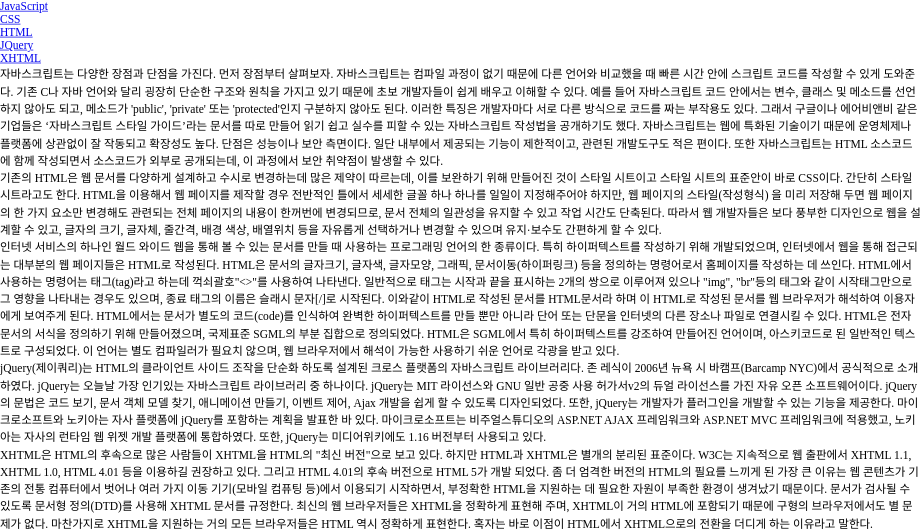
Repository: RYE415/4.jsp
Page: JQueryTest/src/main/webapp/4.effect/03.TabMenu.html
These files come from the project's save history. The page is drawn as it stood at one moment and after the next save; the edit follows.
The browser window is 1280 px wide. The pictures show the whole page, at 72% of full size.

Above is the page before, as saved 2022-08-04 00:31:48.

### JQueryTest/src/main/webapp/4.effect/03.TabMenu.html
<!DOCTYPE html>
<html>
<head>
<meta charset="UTF-8">
<script type="text/javascript" src="http://code.jquery.com/jquery-3.3.1.min.js">
</script>
<title>03.TabMenu.html</title>
<style>
   * { /*모든 태그는 좌측 상단을 기준*/
   	 margin:0; /*바깥여백*/
   	 padding:0; /*안쪽여백*/
   }


</style>
<script>
  $(function(){
  })
</script>
</head>
<body>
	<div id="container">
		<ul class="tab"><!-- 탭 제목만 따로 설정,링크 걸 때 # 키워드를 찾아갈 수 있도록 설계 -->
			<li><a href="#tab1">JavaScript<a></li>
			<li><a href="#tab2">CSS<a></li>
			<li><a href="#tab3">HTML<a></li>
			<li><a href="#tab4">JQuery<a></li>
			<li><a href="#tab5">XHTML<a></li>
		</ul>
		<ul class="panel"><!-- 선택된 탭에 따라서 내용이 나오는 방법 -->
			<li id="tab1"><!-- 자바스크립트 -->
				자바스크립트는 다양한 장점과 단점을 가진다. 먼저 장점부터 살펴보자.
				자바스크립트는 컴파일 과정이 없기 때문에 다른 언어와 비교했을 때 빠른 시간 안에 스크립트 코드를 작성할 수 있게
				도와준다. 기존 C나 자바 언어와 달리 굉장히 단순한 구조와 원칙을 가지고 있기 때문에 초보 개발자들이 쉽게 배우고 이해할
				수 있다. 예를 들어 자바스크립트 코드 안에서는 변수, 클래스 및 메소드를 선언하지 않아도 되고, 메소드가
				'public', 'private' 또는 'protected'인지 구분하지 않아도 된다. 이러한 특징은 개발자마다 서로
				다른 방식으로 코드를 짜는 부작용도 있다. 그래서 구글이나 에어비앤비 같은 기업들은 ‘자바스크립트 스타일 가이드’라는
				문서를 따로 만들어 읽기 쉽고 실수를 피할 수 있는 자바스크립트 작성법을 공개하기도 했다. 자바스크립트는 웹에 특화된
				기술이기 때문에 운영체제나 플랫폼에 상관없이 잘 작동되고 확장성도 높다. 단점은 성능이나 보안 측면이다. 일단 내부에서
				제공되는 기능이 제한적이고, 관련된 개발도구도 적은 편이다. 또한 자바스크립트는 HTML 소스코드에 함께 작성되면서
				소스코드가 외부로 공개되는데, 이 과정에서 보안 취약점이 발생할 수 있다.
			</li>
			<li id="tab2"><!-- CSS -->
				기존의 HTML은 웹 문서를 다양하게 설계하고 수시로 변경하는데 많은 제약이
				따르는데, 이를 보완하기 위해 만들어진 것이 스타일 시트이고 스타일 시트의 표준안이 바로 CSS이다. 간단히 스타일
				시트라고도 한다. HTML을 이용해서 웹 페이지를 제작할 경우 전반적인 틀에서 세세한 글꼴 하나 하나를 일일이 지정해주어야
				하지만, 웹 페이지의 스타일(작성형식) 을 미리 저장해 두면 웹 페이지의 한 가지 요소만 변경해도 관련되는 전체 페이지의
				내용이 한꺼번에 변경되므로, 문서 전체의 일관성을 유지할 수 있고 작업 시간도 단축된다. 따라서 웹 개발자들은 보다 풍부한
				디자인으로 웹을 설계할 수 있고, 글자의 크기, 글자체, 줄간격, 배경 색상, 배열위치 등을 자유롭게 선택하거나 변경할 수
				있으며 유지·보수도 간편하게 할 수 있다.
			</li>
			<li id="tab3"><!-- HTML -->
				인터넷 서비스의 하나인 월드 와이드 웹을 통해 볼 수 있는 문서를 만들 때
				사용하는 프로그래밍 언어의 한 종류이다. 특히 하이퍼텍스트를 작성하기 위해 개발되었으며, 인터넷에서 웹을 통해 접근되는
				대부분의 웹 페이지들은 HTML로 작성된다. HTML은 문서의 글자크기, 글자색, 글자모양, 그래픽, 문서이동(하이퍼링크)
				등을 정의하는 명령어로서 홈페이지를 작성하는 데 쓰인다. HTML에서 사용하는 명령어는 태그(tag)라고 하는데
				꺽쇠괄호"<>"를 사용하여 나타낸다. 일반적으로 태그는 시작과 끝을 표시하는 2개의 쌍으로 이루어져 있으나 "img",
				"br"등의 태그와 같이 시작태그만으로 그 영향을 나타내는 경우도 있으며, 종료 태그의 이름은 슬래시 문자[/]로
				시작된다. 이와같이 HTML로 작성된 문서를 HTML문서라 하며 이 HTML로 작성된 문서를 웹 브라우저가 해석하여
				이용자에게 보여주게 된다. HTML에서는 문서가 별도의 코드(code)를 인식하여 완벽한 하이퍼텍스트를 만들 뿐만 아니라
				단어 또는 단문을 인터넷의 다른 장소나 파일로 연결시킬 수 있다. HTML은 전자 문서의 서식을 정의하기 위해
				만들어졌으며, 국제표준 SGML의 부분 집합으로 정의되었다. HTML은 SGML에서 특히 하이퍼텍스트를 강조하여 만들어진
				언어이며, 아스키코드로 된 일반적인 텍스트로 구성되었다. 이 언어는 별도 컴파일러가 필요치 않으며, 웹 브라우저에서 해석이
				가능한 사용하기 쉬운 언어로 각광을 받고 있다.
			</li>
			<li id="tab4"><!-- jQuery -->
				jQuery(제이쿼리)는 HTML의 클라이언트 사이드 조작을 단순화
				하도록 설계된 크로스 플랫폼의 자바스크립트 라이브러리다. 존 레식이 2006년 뉴욕 시 바캠프(Barcamp NYC)에서
				공식적으로 소개하였다. jQuery는 오늘날 가장 인기있는 자바스크립트 라이브러리 중 하나이다. jQuery는 MIT
				라이선스와 GNU 일반 공중 사용 허가서v2의 듀얼 라이선스를 가진 자유 오픈 소프트웨어이다. jQuery의 문법은 코드
				보기, 문서 객체 모델 찾기, 애니메이션 만들기, 이벤트 제어, Ajax 개발을 쉽게 할 수 있도록 디자인되었다. 또한,
				jQuery는 개발자가 플러그인을 개발할 수 있는 기능을 제공한다. 마이크로소프트와 노키아는 자사 플랫폼에 jQuery를
				포함하는 계획을 발표한 바 있다. 마이크로소프트는 비주얼스튜디오의 ASP.NET AJAX 프레임워크와 ASP.NET MVC
				프레임워크에 적용했고, 노키아는 자사의 런타임 웹 위젯 개발 플랫폼에 통합하였다. 또한, jQuery는 미디어위키에도
				1.16 버전부터 사용되고 있다.
			</li>
			<li id="tab5"><!-- XHTML -->
				XHTML은 HTML의 후속으로 많은 사람들이 XHTML을 HTML의
				"최신 버전"으로 보고 있다. 하지만 HTML과 XHTML은 별개의 분리된 표준이다. W3C는 지속적으로 웹 출판에서
				XHTML 1.1, XHTML 1.0, HTML 4.01 등을 이용하길 권장하고 있다. 그리고 HTML 4.01의 후속
				버전으로 HTML 5가 개발 되었다. 좀 더 엄격한 버전의 HTML의 필요를 느끼게 된 가장 큰 이유는 웹 콘텐츠가 기존의
				전통 컴퓨터에서 벗어나 여러 가지 이동 기기(모바일 컴퓨팅 등)에서 이용되기 시작하면서, 부정확한 HTML을 지원하는 데
				필요한 자원이 부족한 환경이 생겨났기 때문이다. 문서가 검사될 수 있도록 문서형 정의(DTD)를 사용해 XHTML 문서를
				규정한다. 최신의 웹 브라우저들은 XHTML을 정확하게 표현해 주며, XHTML이 거의 HTML에 포함되기 때문에 구형의
				브라우저에서도 별 문제가 없다. 마찬가지로 XHTML을 지원하는 거의 모든 브라우저들은 HTML 역시 정확하게 표현한다.
				혹자는 바로 이점이 HTML에서 XHTML으로의 전환을 더디게 하는 이유라고 말한다.
			</li>
		</ul>
	</div>

</body>
</html>

After the next save:
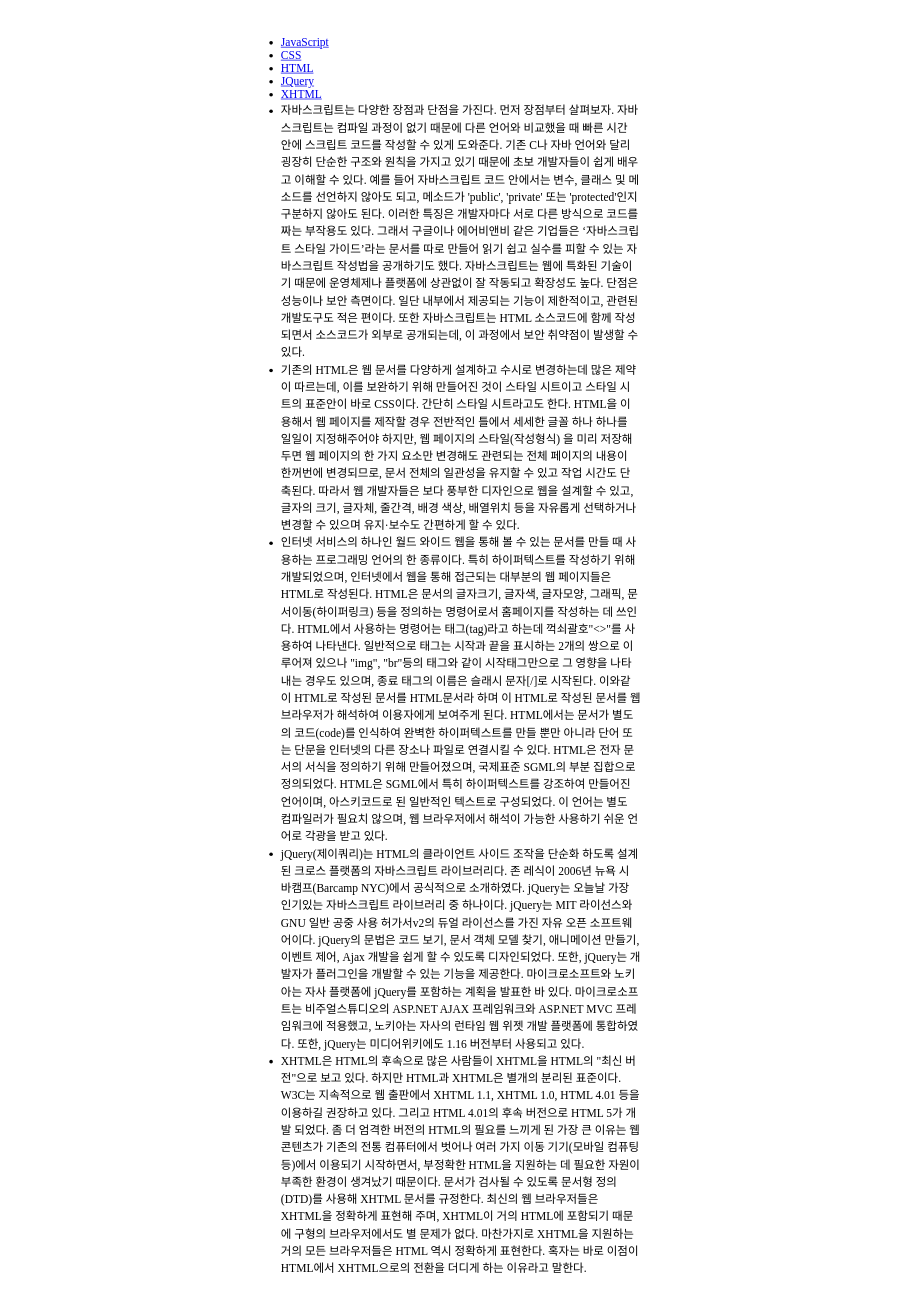
Saved 4 min 22 s later.
--- a/JQueryTest/src/main/webapp/4.effect/03.TabMenu.html
+++ b/JQueryTest/src/main/webapp/4.effect/03.TabMenu.html
@@ -6,9 +6,13 @@
 </script>
 <title>03.TabMenu.html</title>
 <style>
-   * { /*모든 태그는 좌측 상단을 기준*/
+   * { /*모든 태그는 좌측 상단을 0,0을 기준으로 배치*/
    	 margin:0; /*바깥여백*/
    	 padding:0; /*안쪽여백*/
+   }
+   #container {
+   	 width:500px; /*임의의 숫자,탭의 수, 탭의 넓이를 고려 작성*/
+   	 margin:50px auto;
    }
 
 
